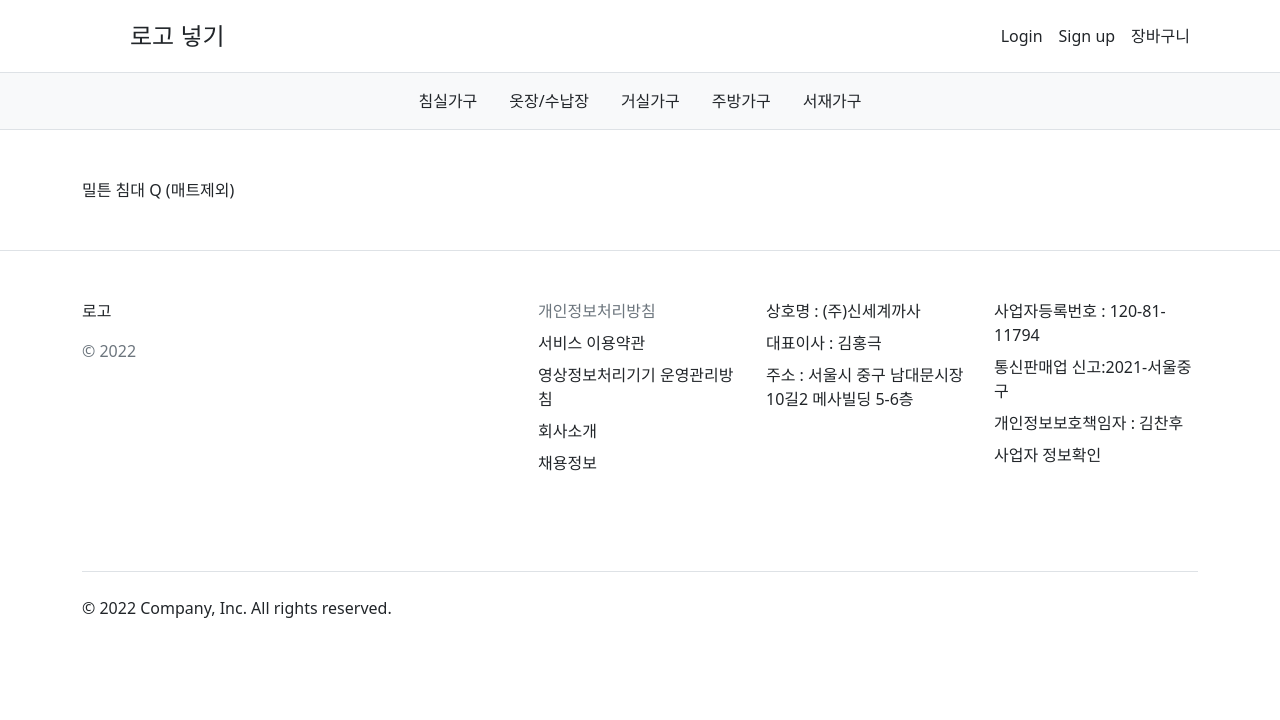
Repository: raoniee/Elice-House-Project
Page: FE/views/pages/main/item-detail-page.html
These files come from the project's save history. The page is drawn as it stood at one moment and after the next save; the edit follows.
The browser window is 1280 px wide. The pictures show the whole page.

Above is the page before, as saved 2023-07-06 14:33:52.

After the next save:
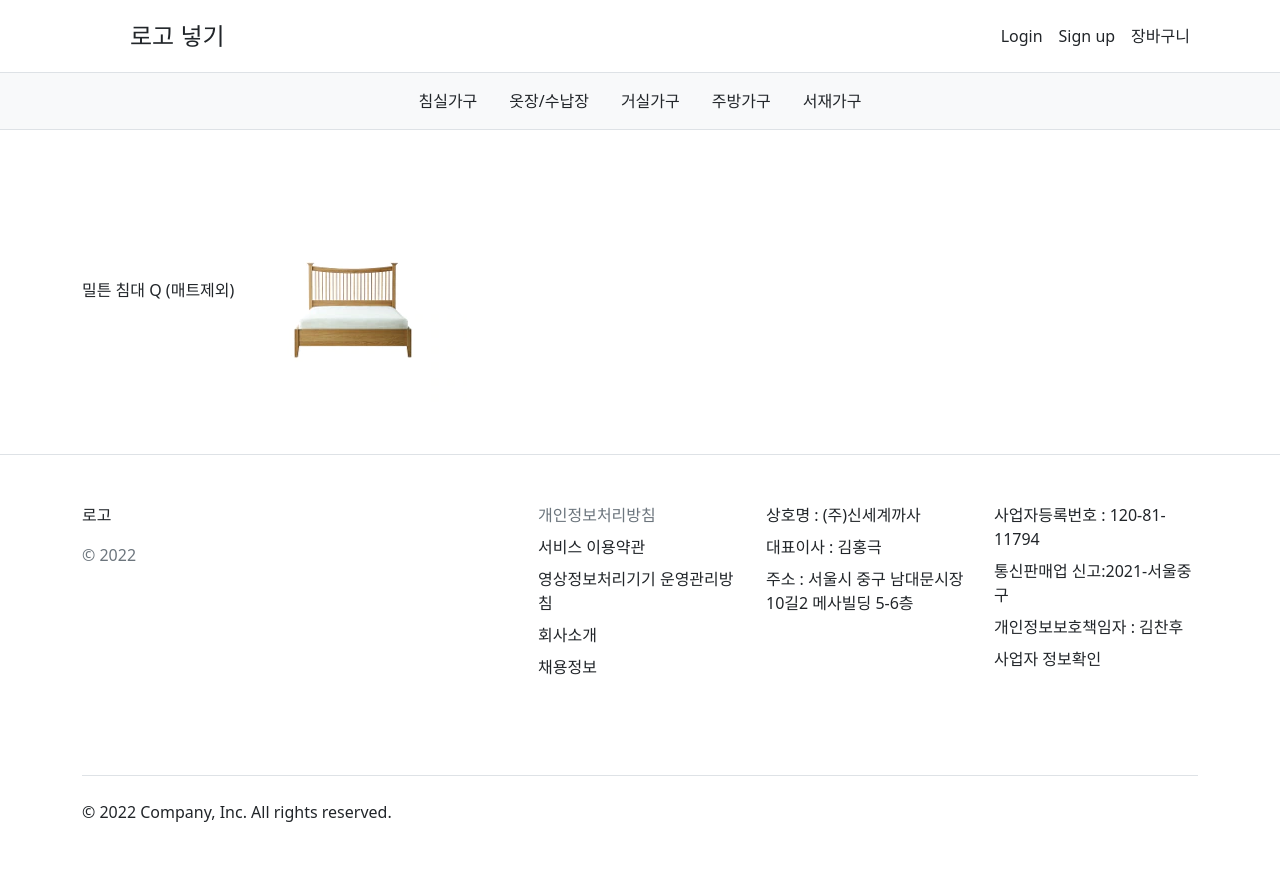
Saved 4 s later.
--- a/FE/views/pages/main/item-detail-page.html
+++ b/FE/views/pages/main/item-detail-page.html
@@ -46,7 +46,11 @@
         </div>
 
         <div class="item_detail">
-          <span class="name">밀튼 침대 Q (매트제외)</span>
+          <span class="item_detail_name">밀튼 침대 Q (매트제외)</span>
+          <img
+            src="../../../public/assets/imgs/item-list-card.webp"
+            alt="가구"
+          />
         </div>
       </div>
     </main>
